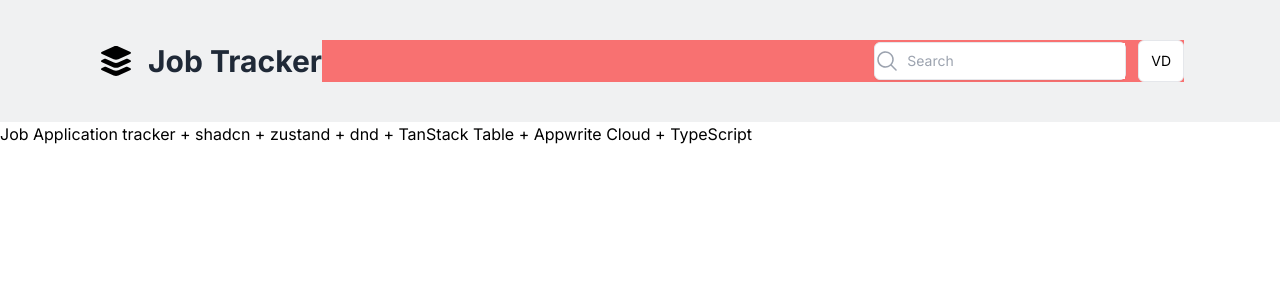
Repository: Vasil1001/job-applications-tracker-nextjs
Page: /
An editor plug-in stored every save of this project. The page is shown before and after the next save, followed by the edit.
The browser window is 1280 px wide. The pictures show the whole page.
The project was rebuilt for these pictures with package versions that can differ from the ones it lists, and the page was loaded fresh each time. The framework's server and built-in components were replaced by stand-ins that run in the browser. Also part of the build but not shown: next.config.js.

Above is the page before, as saved 2023-06-24 17:31:29.

### app/layout.tsx
import "./globals.css";
import { Inter } from "next/font/google";

const inter = Inter({ subsets: ["latin"] });

export const metadata = {
  title: "Job Tracker",
  description: "Generated by create next app",
};

export default function RootLayout({
  children,
}: {
  children: React.ReactNode;
}) {
  return (
    <html lang="en">
      <body suppressHydrationWarning={true} className={inter.className}>{children}</body>
    </html>
  );
}

### app/page.tsx
import Header from "@/components/Header";
import Image from "next/image";

export default function Home() {
  return (
    <main className="flex min-h-screen max-w-screen flex-col justify-between mx-auto">
      {/* Header Component */}
      <Header />

      {/* Board dnd Component */}

    </main>
  );
}

### components/Header.tsx
"use client";
import { Search } from "lucide-react";
import React from "react";
import SearchBar from "./navbar/SearchBar";
import { IoIosApps } from "react-icons/io";
import { RiSendPlaneLine } from "react-icons/ri";
import { BiNotepad } from "react-icons/bi";
import Image from "next/image";
import { MagnifyingGlassIcon, UserCircleIcon } from "@heroicons/react/24/solid";
import { FiUser } from "react-icons/fi";
import { HiMagnifyingGlass } from "react-icons/hi2";
import Navbar from "./navbar/Navbar";
import Avatar from "react-avatar";

export default function Header() {
  return (
    <header>
      <div className="flex flex-col md:flex-row items-center p-5 xl:p-10 xl:px-24 bg-gray-500/10">
        {/* <Navbar /> */}
        {/* <Image
          src="https://links.papareact.com/c2cdd5"
          alt="Logo"
          width={300}
          height={100}
          className="w-44 md:w-56 pb-10 md:pb-0 object-contain"
        /> */}
        {/* Logo */}
        <div className="flex items-center font-bold text-3xl mb-3 md:mb-0">
          <IoIosApps size={40} className="mr-3" />
          <span className="text-gray-800">Job Tracker</span>
        </div>

        {/* Search input, button and profile */}
        <div className="flex bg-red-400 items-center gap-3 flex-1 justify-end w-full">
          <form className="peer flex items-center space-l-5 bg-white border shadow-sm focus-visible:outline-none focus-visible:ring-1 focus:ring-gray-400 text-black border-gray-200 sm:text-sm rounded-md hover:border-gray-300 placeholder:text-gray-400 focus:placeholder:text-gray-500 flex-1 md:flex-initial">
            <HiMagnifyingGlass className="w-6 h-6 text-gray-400" />
            <input
              type="text"
              placeholder="Search"
              className="flex-1 outline-none p-2  "
            />
            <button hidden> Search</button>
          </form>

          <button className="p-2.5 px-3 text-black text-sm font-regular border focus-visible:outline-none focus-visible:ring-1 focus:ring-gray-400 bg-white border-gray-200 sm:text-sm rounded-md hover:border-gray-300 ">
            VD
          </button>
        </div>

        {/* <Avatar name="Vasilis Dzhakov" round color="#ffffff" size="50" fgColor='black' /> */}
        <div className="flex gap-3.5">
          {/* <SearchBar />
            <button className="py-2 px-4 flex-initial text-black border focus-visible:outline-none focus-visible:ring-1 focus:ring-gray-400 bg-white border-gray-200 sm:text-sm rounded-md hover:border-gray-300 ">
              User
            </button> */}
        </div>
      </div>
      <h1>
        Job Application tracker + shadcn + zustand + dnd + TanStack Table +
        Appwrite Cloud + TypeScript
      </h1>
    </header>
  );
}

Loaded but not shown: app/globals.css (common file); tailwind.config.js (common file)

After the next save:
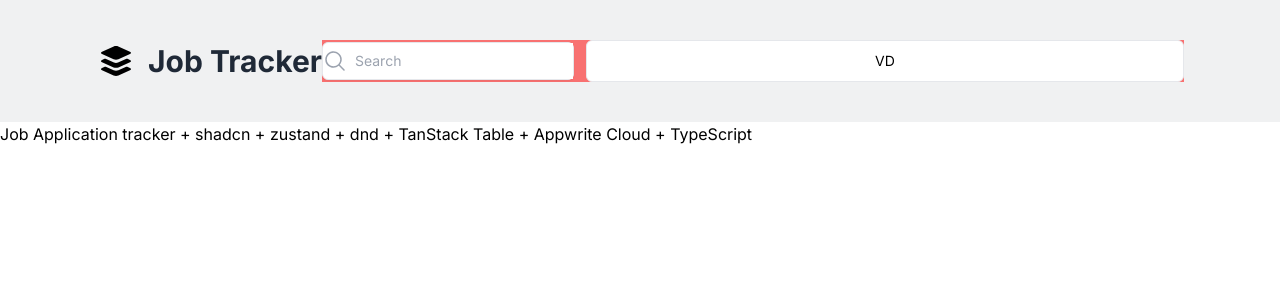
Saved 44 s later.
--- a/components/Header.tsx
+++ b/components/Header.tsx
@@ -42,7 +42,7 @@
             <button hidden> Search</button>
           </form>
 
-          <button className="p-2.5 px-3 text-black text-sm font-regular border focus-visible:outline-none focus-visible:ring-1 focus:ring-gray-400 bg-white border-gray-200 sm:text-sm rounded-md hover:border-gray-300 ">
+          <button className="flex-1 p-2.5 px-3 text-black text-sm font-regular border focus-visible:outline-none focus-visible:ring-1 focus:ring-gray-400 bg-white border-gray-200 sm:text-sm rounded-md hover:border-gray-300 ">
             VD
           </button>
         </div>

After the 2 saves that followed:
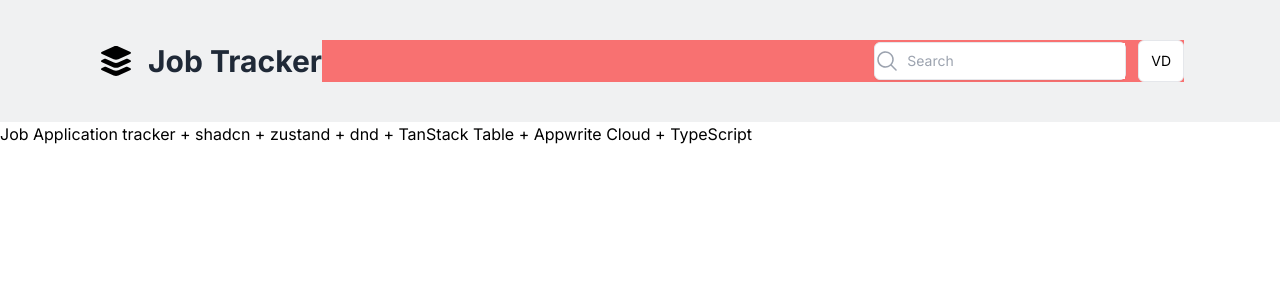
The 2 saves are shown as one change because they came seconds apart.
The last was saved 7 s later.
--- a/components/Header.tsx
+++ b/components/Header.tsx
@@ -42,7 +42,7 @@
             <button hidden> Search</button>
           </form>
 
-          <button className="flex-1 p-2.5 px-3 text-black text-sm font-regular border focus-visible:outline-none focus-visible:ring-1 focus:ring-gray-400 bg-white border-gray-200 sm:text-sm rounded-md hover:border-gray-300 ">
+          <button className="flex-initial p-2.5 px-3 text-black text-sm font-regular border focus-visible:outline-none focus-visible:ring-1 focus:ring-gray-400 bg-white border-gray-200 sm:text-sm rounded-md hover:border-gray-300 ">
             VD
           </button>
         </div>
